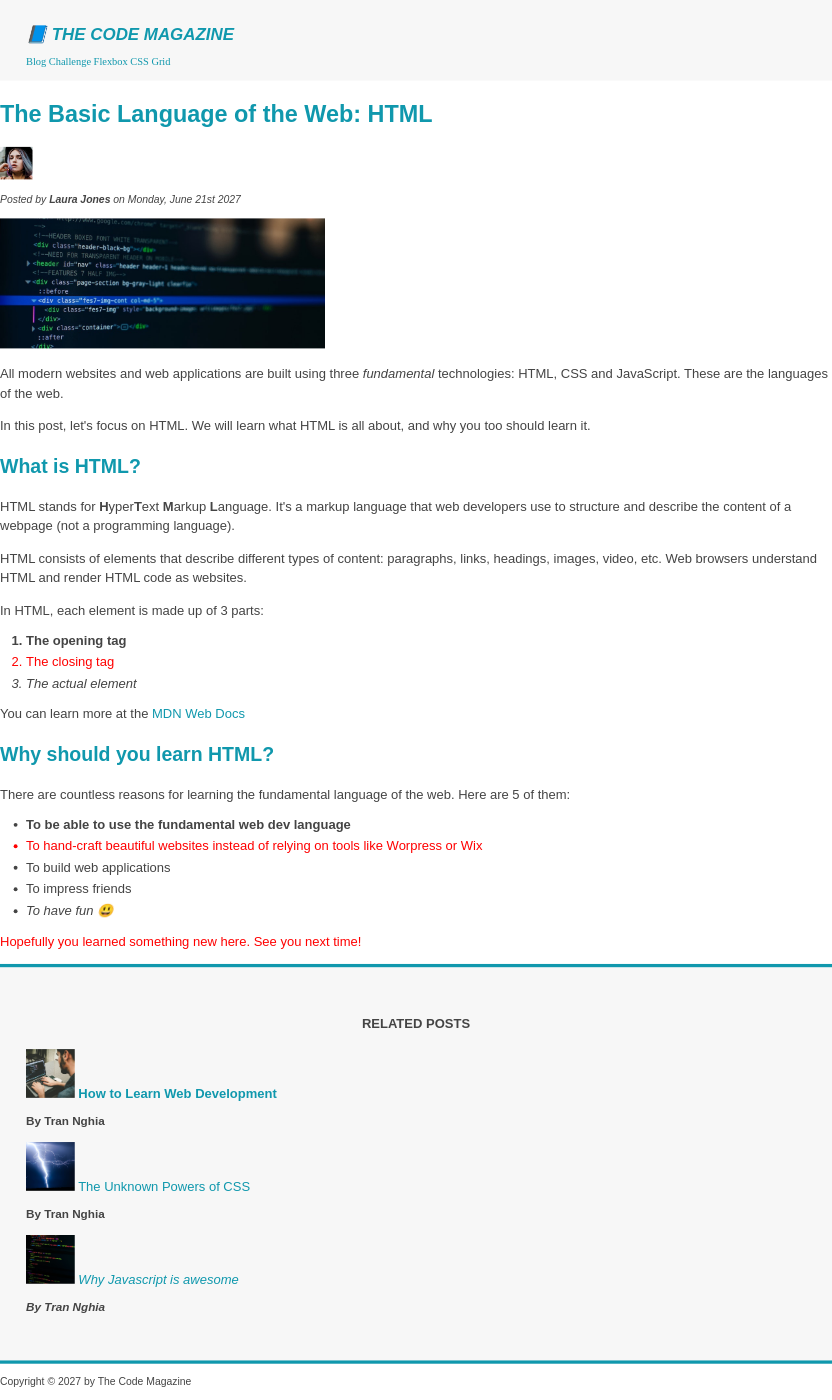
Repository: nghiakma/HTML-CSS-Fundamental
Page: HTML/index.html
An editor plug-in stored every save of this project. The page is shown before and after the next save, followed by the edit.
The browser window is 1280 px wide. The pictures show the whole page, at 65% of full size.

Above is the page before, as saved 2023-08-20 20:45:24.

### HTML/index.html
<!DOCTYPE html>
<html lang="en">

<head>
  <meta charset="UTF-8">
  <meta name="viewport" content="width=device-width, initial-scale=1.0">
  <title>The Basic Language of the web: HTML</title>
  <link rel="stylesheet" href="/CSS/index.css">
</head>

<body>
  <header class="main-header">
    <h1>📘 The Code Magazine</h1>
    <nav>
      <a href="#">Blog</a>
      <a href="#">Challenge</a>
      <a href="#">Flexbox</a>
      <a href="#">CSS Grid</a>
    </nav>
  </header>

  <article>
    <header>
      <h2>The Basic Language of the Web: HTML</h2>
      <img src="./laura-jones.jpg" alt="Headshot of Laura Jones" height="50" width="50">
      <p id="author">Posted by <strong>Laura Jones</strong> on Monday, June 21st 2027</p>
      <img src="./post-img.jpg" alt="HTML code on a screen" width="500" height="200">
    </header>
    <p>
      All modern websites and web applications are built using three <em>fundamental</em> technologies: HTML, CSS and
      JavaScript.
      These are the languages of the web.
    </p>
    <p>
      In this post, let's focus on HTML. We will learn what HTML is all about, and why you too should learn it.
    </p>
    <h3>What is HTML?</h3>
    <p>
      HTML stands for <strong>H</strong>yper<strong>T</strong>ext <strong>M</strong>arkup <strong>L</strong>anguage.
      It's
      a markup language that web developers use to structure and describe
      the content of a webpage (not a programming language).
    </p>
    <p>
      HTML consists of elements that describe different types of content: paragraphs, links, headings, images, video,
      etc.
      Web browsers understand HTML and render HTML code as websites.
    </p>
    <p>In HTML, each element is made up of 3 parts:</p>
    <ol>
      <li>The opening tag</li>
      <li>The closing tag</li>
      <li>The actual element</li>
    </ol>
    <p>You can learn more at the <a href="https://developer.mozilla.org/en-US/docs/Web/HTML" target="_blank">MDN Web
        Docs</a></p>
    <h3>Why should you learn HTML?</h3>
    <p>There are countless reasons for learning the fundamental language of the web. Here are 5 of them:</p>
    <ul>
      <li>To be able to use the fundamental web dev language</li>
      <li>To hand-craft beautiful websites instead of relying on tools like Worpress or Wix</li>
      <li>To build web applications</li>
      <li>To impress friends</li>
      <li>To have fun 😃</li>
    </ul>
    <p>Hopefully you learned something new here. See you next time!</p>
  </article>

  <!--Thuong duoc su dung de bo sung thong tin cho trang chinh
  Xác định nội dung nằm bên cạnh nội dung của trang-->
  <aside>
    <h4>Related posts</h4>

    <ul class="related">
      <li>
        <img src="./related-1.jpg" alt="Person programming" width="75" height="75">
        <a href="#">How to Learn Web Development</a>
        <p class="related-author">By Tran Nghia</p>
      </li>
      <li>
        <img src="./related-2.jpg" alt="Powers" width="75" height="75">
        <a href="#">The Unknown Powers of CSS</a>
        <p class="related-author">By Tran Nghia</p>
      </li>
      <li>
        <img src="./related-3.jpg" alt="Javascript" width="75" height="75">
        <a href="#">Why Javascript is awesome</a>
        <p class="related-author">By Tran Nghia</p>
      </li>
    </ul>
  </aside>

  <footer>
    <p id="copyright">Copyright &copy; 2027 by The Code Magazine</p>
  </footer>
</body>

</html>

### CSS/index.css
body {
  margin: 0;
  padding: 0;
}
h1,
h2,
h3,
h4,
p,
li {
  font-family: sans-serif;
  color: #444;
}
h1,
h2,
h3 {
  color: #1098ad;
}
h1 {
  font-size: 26px;
  text-transform: uppercase;
  font-style: italic;
}
h2 {
  font-size: 36px;
}
h3 {
  font-size: 30px;
}
h4 {
  font-size: 20px;
  text-transform: uppercase;
  text-align: center;
}
p {
  font-size: 20px;
  line-height: 1.5;
}
li {
  font-size: 20px;
  margin-bottom: 10px;
}
li:last-child {
  margin-bottom: 0;
}
/* footer p {
  font-size: 16px;
} */
/* article header p {
  font-style: italic;
} */
#author {
  font-style: italic;
  font-size: 16px;
}
#copyright {
  font-size: 16px;
}
.related-author {
  font-size: 18px;
  font-weight: bold;
}
.related {
  list-style: none;
}
.main-header {
  background-color: #f7f7f7;
  /* padding: 20px;
  padding-left: 20px;
  padding-right: 40px; */
  padding: 20px 40px;
}
aside {
  background-color: #f7f7f7;
  border-top: 5px solid #1098ad;
  border-bottom: 5px solid #1098ad;
  padding: 50px 0;
}
li:first-child {
  font-weight: bold;
}
li:last-child {
  font-style: italic;
}
li:nth-child(2) {
  color: red;
}
article p:last-child {
  color: red;
}
a:link {
  color: #1098ad;
  text-decoration: none;
}
a:visited {
  color: #1098ad;
}
a:hover {
  color: orangered;
  font-weight: bold;
  text-decoration: underline orangered;
}
a:active {
  background-color: black;
  font-style: italic;
}

After the next save:
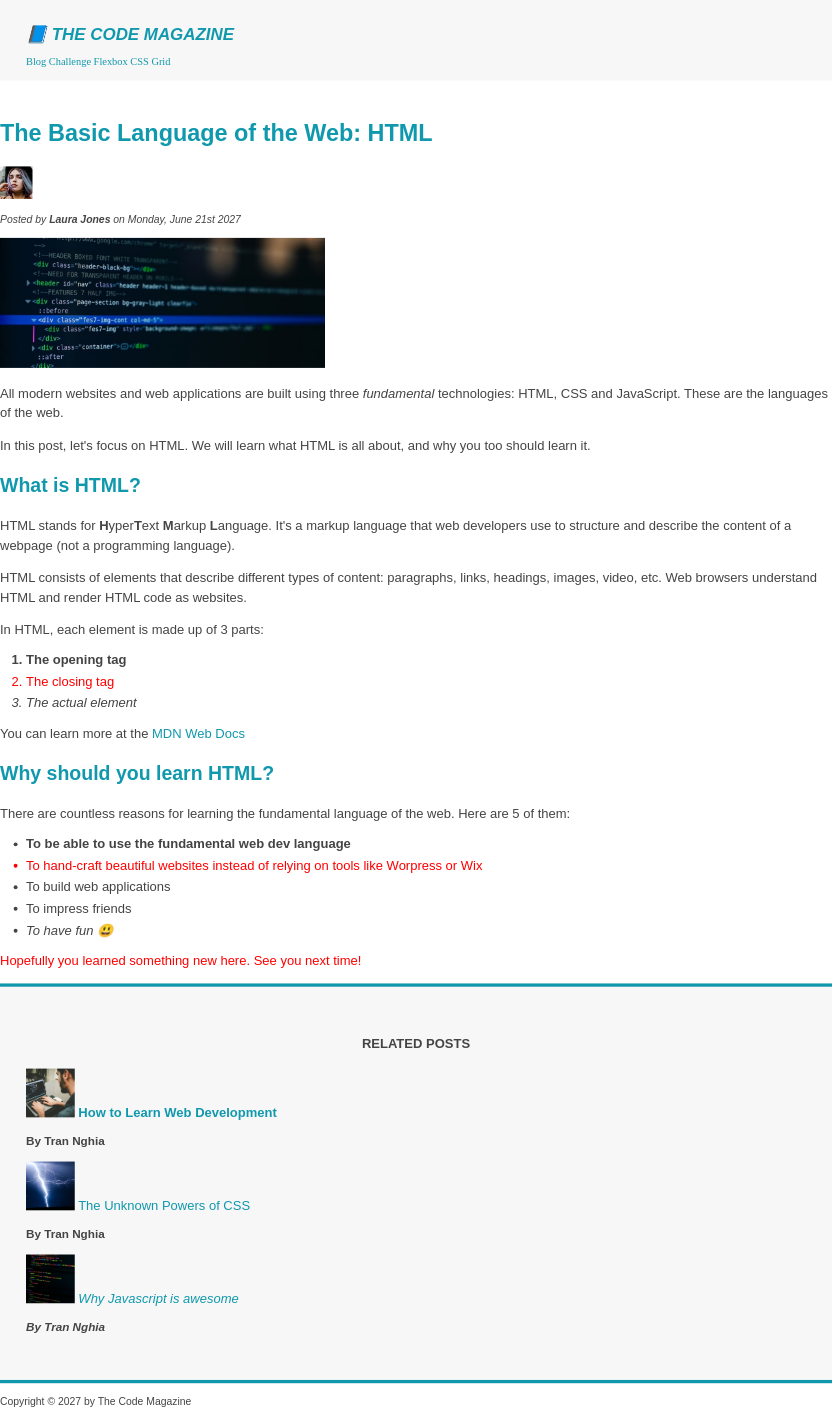
Saved 26 s later.
--- a/CSS/index.css
+++ b/CSS/index.css
@@ -69,6 +69,7 @@
   padding-left: 20px;
   padding-right: 40px; */
   padding: 20px 40px;
+  margin-bottom: 60px;
 }
 aside {
   background-color: #f7f7f7;

After the save that followed:
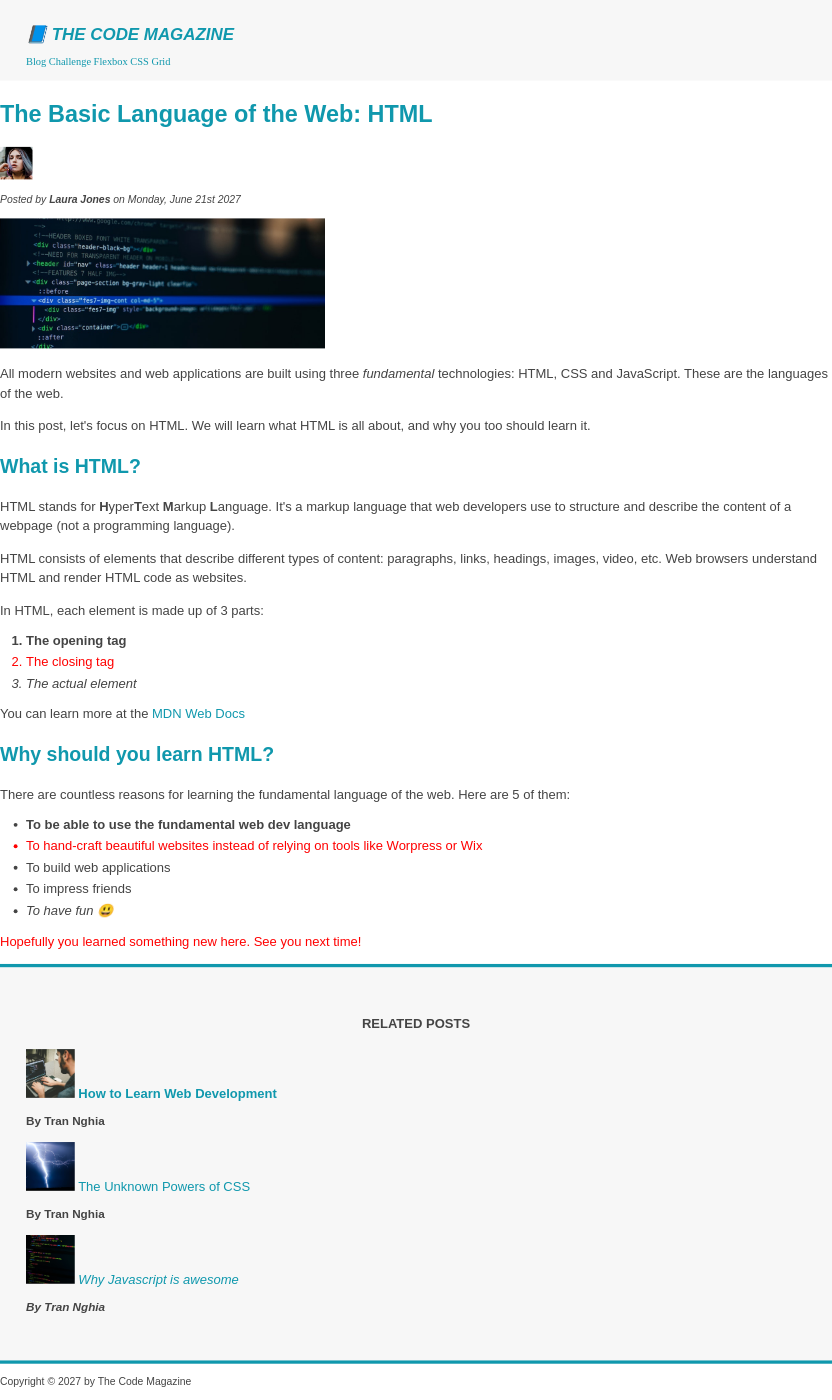
Saved 4 s later.
--- a/CSS/index.css
+++ b/CSS/index.css
@@ -69,7 +69,7 @@
   padding-left: 20px;
   padding-right: 40px; */
   padding: 20px 40px;
-  margin-bottom: 60px;
+  margin-bottom: ;
 }
 aside {
   background-color: #f7f7f7;
